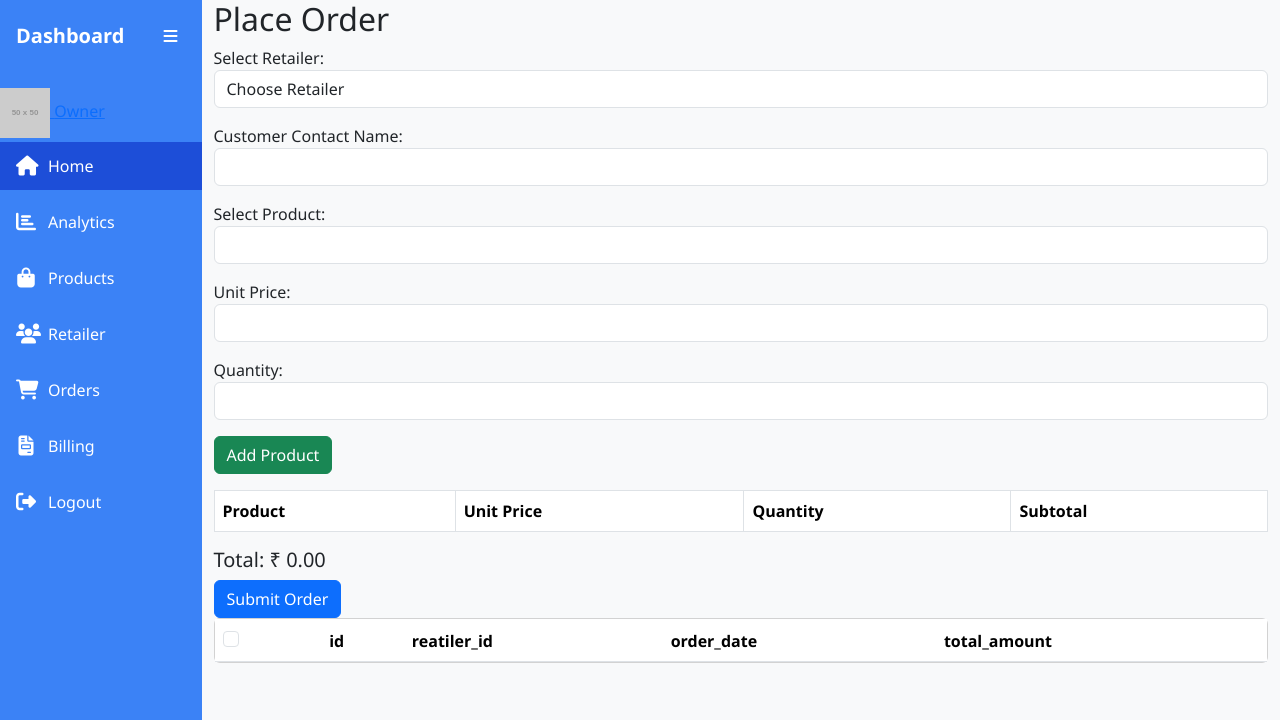
Repository: AditiAjitSalvi/Inventory_Managment
Page: http://localhost/Paper_inventory/Order.jsp
The author's editor kept a copy of each file at every save. The page is drawn from the files as they stood at one save, then again after the next save.
The browser window is 1280 px wide. The pictures show the whole page.
The page is served by Tomcat 9. Queries for data that is not in the repository find no rows.

Above is the page before, as saved 2025-06-02 18:53:54.
Console error: TypeError: Cannot read properties of null (reading 'getContext')

### Paper_inventory/Paper_inventory/src/main/webapp/Order.jsp
<%@ page language="java" contentType="text/html; charset=UTF-8"
	pageEncoding="UTF-8"%>
<%@page import="java.sql.PreparedStatement"%>
<%@page import="java.sql.DriverManager"%>
<%@page import="com.mysql.cj.jdbc.Driver"%>
<%@page import="java.sql.ResultSet"%>
<%@page import="java.sql.Statement"%>
<%@page import="java.sql.Connection"%>
<!DOCTYPE html>
<html lang="en">
<head>
<meta charset="UTF-8">
<meta name="viewport" content="width=device-width, initial-scale=1.0">
<title>Orders</title>
<!-- Bootstrap CSS -->
<link
	href="https://cdn.jsdelivr.net/npm/bootstrap@5.3.2/dist/css/bootstrap.min.css"
	rel="stylesheet">
<!-- Font Awesome for icons -->
<link rel="stylesheet"
	href="https://cdnjs.cloudflare.com/ajax/libs/font-awesome/6.4.2/css/all.min.css">
<!-- Custom CSS -->
<style>
/* Main Layout */
body {
	margin: 0;
	padding: 0;
	background-color: #f8f9fa;
	font-family: 'Segoe UI', Tahoma, Geneva, Verdana, sans-serif;
}

.dashboard-container {
	display: flex;
	min-height: 100vh;
}

/* Sidebar Styles */
.sidebar {
	width: 240px;
	background-color: #3b82f6; /* Blue 600 equivalent */
	color: white;
	transition: all 0.3s ease-in-out;
	display: flex;
	flex-direction: column;
}

.sidebar.collapsed {
	width: 64px;
}

.sidebar-header {
	display: flex;
	justify-content: space-between;
	align-items: center;
	padding: 16px;
}

.sidebar-title {
	font-size: 1.25rem;
	font-weight: bold;
	margin: 0;
}

.sidebar-toggle {
	background: transparent;
	border: none;
	color: white;
	cursor: pointer;
	padding: 8px;
}

.sidebar-toggle:hover {
	background-color: rgba(255, 255, 255, 0.1);
	border-radius: 4px;
}

.sidebar-menu {
	display: flex;
	flex-direction: column;
	padding-top: 16px;
}

.sidebar-link {
	display: flex;
	align-items: center;
	padding: 12px 16px;
	text-decoration: none;
	color: white;
	margin: 4px 0;
	transition: background-color 0.2s;
}

.sidebar-link:hover {
	background-color: #2563eb; /* Blue 700 equivalent */
	color: white;
}

.sidebar-link.active {
	background-color: #1d4ed8; /* Blue 800 equivalent */
	color: white;
}

.sidebar-link i {
	font-size: 1.25rem;
	width: 20px;
	text-align: center;
}

.sidebar-link .link-text {
	margin-left: 12px;
	white-space: nowrap;
}

.sidebar.collapsed .sidebar-title, .sidebar.collapsed .link-text {
	display: none;
}

/* Main Content */
.main-content {
	flex: 1;
	padding: 24px;
	overflow-y: auto;
}

/* Stat Cards */
.stat-card {
	border-radius: 8px;
	border: 1px solid rgba(0, 0, 0, 0.125);
	box-shadow: 0 1px 3px rgba(0, 0, 0, 0.1);
}

.stat-icon {
	font-size: 1.25rem;
	color: #6b7280; /* Text muted equivalent */
}

.stat-title {
	font-size: 0.875rem;
	color: #6b7280; /* Text muted equivalent */
	margin-bottom: 4px;
}

.stat-value {
	font-size: 1.5rem;
	font-weight: bold;
	margin: 0;
}

/* Chart Container */
.chart-container {
	height: 320px;
	width: 100%;
}

/* Product Visualization */
.product-visualization {
	height: 256px;
	background-color: #312e81; /* Indigo 950 equivalent */
	border-radius: 50%;
}

/* Status Badges */
.status {
	padding: 4px 8px;
	border-radius: 4px;
	font-size: 0.75rem;
	font-weight: 500;
	display: inline-block;
	text-align: center;
}

.status.pending {
	background-color: #fff8e6;
	color: #d97706; /* Amber 500 equivalent */
}

.status.urgent {
	background-color: #fef2f2;
	color: #ef4444; /* Red 500 equivalent */
}

.status.completed {
	background-color: #ecfdf5;
	color: #10b981; /* Green 500 equivalent */
}

/* Orders Page Styles */
.orders-container {
	max-width: 100%;
	margin: 0 auto;
}

.search-wrapper {
	width: 300px;
}

.order-table {
	font-size: 0.9rem;
}

.order-table th {
	font-weight: 600;
	color: #4b5563;
	border-bottom-width: 1px;
}

.order-table td {
	vertical-align: middle;
}

.order-table .form-check {
	margin: 2;
}

/* Responsive Adjustments */
@media ( max-width : 768px) {
	.sidebar {
		width: 64px;
	}
	.sidebar .sidebar-title, .sidebar .link-text {
		display: none;
	}
	.main-content {
		padding: 16px;
	}
	.orders-container .btn-group {
		display: flex;
		flex-direction: column;
	}
	.orders-container .btn-group .btn {
		margin-bottom: 8px;
		margin-right: 0 !important;
	}
	.search-wrapper {
		width: 100%;
		margin-bottom: 16px;
	}
}

.action-buttons {
	position: absolute;
	right: 20px;
	top: 150px;
	display: flex;
	gap: 10px;
}

@media ( max-width : 992px) {
	.orders-container .d-flex {
		flex-direction: column;
	}
	.orders-container .d-flex .btn {
		margin-bottom: 8px;
	}
}

.card:hover {
	transform: translateY(-5px);
	box-shadow: 0 10px 20px rgba(0, 0, 0, 0.1);
	transition: 0.3s ease;
}
</style>
</head>
<body>
	<div class="dashboard-container">
		<!-- Sidebar -->
		<div class="sidebar" id="sidebar">
			<div class="sidebar-header">
				<h2 class="sidebar-title">Dashboard</h2>
				<button class="btn sidebar-toggle" id="sidebarToggle">
					<i class="fa fa-bars"></i>
				</button>
			</div>
			<div class="sidebar-menu">
				<div class="profile">
					<a href="#" class="profile-link"> <img
						src="https://via.placeholder.com/50" alt="Owner"
						class="profile-image"> <span class="owner-name">Owner</span>
					</a>
				</div>
				<a href="Home.html" class="sidebar-link active"> <i
					class="fa fa-home"></i> <span class="link-text">Home</span>
				</a> <a href="#" class="sidebar-link"> <i class="fa fa-chart-bar"></i>
					<span class="link-text">Analytics</span>
				</a> <a href="Product.jsp" class="sidebar-link"> <i
					class="fa fa-shopping-bag"></i> <span class="link-text">Products</span>
				</a> <a href="Retailer.jsp" class="sidebar-link"> <i
					class="fa fa-users"></i> <span class="link-text">Retailer</span> <a
					href="Order.jsp" class="sidebar-link"> <i
						class="fa fa-shopping-cart"></i> <span class="link-text">Orders</span>
				</a>

				</a> <a href="#" class="sidebar-link"> <i class="fa fa-file-invoice"></i>
					<span class="link-text">Billing</span>
				</a> <a href="logout.jsp" class="sidebar-link"> <i
					class="fa fa-sign-out-alt"></i> <span class="link-text">Logout</span>
				</a>

			</div>
		</div>


		<div class="container">
			<h2>Place Order</h2>
			<form action="SaveOrder.jsp" method="post" id="orderForm">


				<!-- Retailer Dropdown -->
				<div class="form-group mb-3">
					<label for="retailer">Select Retailer:</label> <select
						class="form-control" id="retailer" name="retailerId" required
						onchange="setCustomerFromRetailer()">
						<option value="" disabled selected>Choose Retailer</option>
						<%
						try {
							Class.forName("com.mysql.jdbc.Driver");
							Connection con = DriverManager.getConnection("jdbc:mysql://localhost:3307/inventory", "root", "");
							Statement stmt = con.createStatement();
							ResultSet rs = stmt.executeQuery("SELECT id, name, contact_name FROM retailers");
							while (rs.next()) {
						%>
						<option value="<%=rs.getInt("id")%>"
							data-contact="<%=rs.getString("contact_name")%>">
							<%=rs.getString("name")%>
						</option>
						<%
						}
						con.close();
						} catch (Exception e) {
						out.println("Error loading retailers.");
						}
						%>
					</select>
				</div>

				<!-- Auto-filled Customer Contact Name -->
				<div class="form-group mb-3">
					<label for="customer">Customer Contact Name:</label> <input
						type="text" class="form-control" id="customer" name="customerName"
						readonly />
				</div>

				<!-- Product Dropdown -->
				<div class="form-group mb-3">
					<label for="product">Select Product:</label> <select
						class="form-control" id="product">
						<%
						try {
							Class.forName("com.mysql.jdbc.Driver");
							Connection con = DriverManager.getConnection("jdbc:mysql://localhost:3307/inventory", "root", "");
							Statement stmt = con.createStatement();
							ResultSet rs = stmt.executeQuery("SELECT product_id, product_name FROM products");
							while (rs.next()) {
						%>
						<option value="<%=rs.getInt("product_id")%>"><%=rs.getString("product_name")%></option>
						<%
						}
						con.close();
						} catch (Exception e) {
						out.println("Error loading products.");
						}
						%>
					</select>
				</div>

				<!-- Price and Quantity Inputs -->
				<div class="form-group mb-3">
					<label for="price">Unit Price:</label> <input type="number"
						class="form-control" id="price" step="0.01">
				</div>

				<div class="form-group mb-3">
					<label for="quantity">Quantity:</label> <input type="number"
						class="form-control" id="quantity">
				</div>

				<!-- Add Product -->
				<button type="button" class="btn btn-success mb-3"
					onclick="addProduct()">Add Product</button>

				<!-- Product Table -->
				<table class="table table-bordered" id="productTable">
					<thead>
						<tr>
							<th>Product</th>
							<th>Unit Price</th>
							<th>Quantity</th>
							<th>Subtotal</th>
						</tr>
					</thead>
					<tbody></tbody>
				</table>

				<!-- Total -->
				<div class="form-group">
					<h5>
						Total: ₹ <span id="total">0.00</span>
					</h5>
				</div>

				<!-- Submit -->
				<button type="submit" class="btn btn-primary">Submit Order</button>
			</form>
			<div class="card">
				<div class="card-body p-0">
					<div class="table-responsive">
						<table class="table customer-table mb-0">
							<thead>
								<tr>
									<th>
										<div class="form-check">
											<input class="form-check-input" type="checkbox"
												id="selectAll"> <label class="form-check-label"
												for="selectAll"></label>
										</div>
									</th>
									<th>id</th>
									<th>reatiler_id</th>
									<th>order_date</th>
									<th>total_amount</th>


								</tr>
							</thead>
							<tbody>
								<%
									Connection conn = null;
									Statement stmt = null;
									ResultSet rs = null;

									String driverNm = "com.mysql.cj.jdbc.Driver";
									String url = "jdbc:mysql://localhost:3307/inventory";

									try {
										Class.forName(driverNm);
										conn = DriverManager.getConnection(url, "root", "");
										stmt = conn.createStatement();
										rs = stmt.executeQuery(
											    "SELECT o.*, IFNULL(q.total_quantity, 0) AS total_quantity " +
											    "FROM orders o " +
											    "LEFT JOIN (" +
											    "  SELECT order_id, SUM(quantity) AS total_quantity " +
											    "  FROM order_items " +
											    "  GROUP BY order_id" +
											    ") q ON o.id = q.order_id"
											);


										while (rs.next()) {
									%>
								//  order_date status total_amount billing_id


								<tr>
									<td>
										<div class="form-check">
											<input class="form-check-input" type="checkbox">
										</div>
									</td>
									<td><%=rs.getString("id")%></td>
									<td><%=rs.getString("retailer_id")%></td>
									<td><%=rs.getString("order_date")%></td>
									<td><%=rs.getInt("total_amount") %></td>
									<td><%= rs.getInt("total_quantity") %></td>

								</tr>
								<%
									}
									} catch (Exception e) {
									out.println("Error: " + e.getMessage());
									} finally {
									try {
									if (rs != null)
										rs.close();
									} catch (Exception e) {
									}
									try {
									if (stmt != null)
										stmt.close();
									} catch (Exception e) {
									}
									try {
									if (conn != null)
										conn.close();
									} catch (Exception e) {
									}
									}
									%>

							</tbody>
						</table>
					</div>
				</div>
			</div>
		</div>


		<!-- Bootstrap JS -->
		<script
			src="https://cdn.jsdelivr.net/npm/bootstrap@5.3.2/dist/js/bootstrap.bundle.min.js"></script>

		<script>
// Wait for the DOM to be fully loaded
document.addEventListener('DOMContentLoaded', function() {
    // Sidebar toggle functionality
    const sidebarToggle = document.getElementById('sidebarToggle');
    const sidebar = document.getElementById('sidebar');

    sidebarToggle.addEventListener('click', function() {
        sidebar.classList.toggle('collapsed');
    });

    // Check if we're on mobile
    function checkMobile() {
        if (window.innerWidth < 768) {
            sidebar.classList.add('collapsed');
        } else {
            sidebar.classList.remove('collapsed');
        }
    }

    // Initial check
    checkMobile();

    // Listen for window resize
    window.addEventListener('resize', checkMobile);

    // Initialize Sales Chart
    const salesChartCtx = document.getElementById('salesChart').getContext('2d');
    const salesChart = new Chart(salesChartCtx, {
        type: 'bar',
        data: {
            labels: ['Jan', 'Feb', 'Mar', 'Apr'],
            datasets: [
                {
                    label: 'Previous',
                    data: [65, 75, 85, 90],
                    backgroundColor: '#FFD700', // Gold color
                },
                {
                    label: 'Current',
                    data: [80, 65, 70, 75],
                    backgroundColor: '#6366F1', // Indigo color
                }
            ]
        },
        options: {
            responsive: true,
            maintainAspectRatio: false,
            scales: {
                y: {
                    beginAtZero: true,
                    grid: {
                        drawBorder: false,
                        color: 'rgba(200, 200, 200, 0.2)',
                    }
                },
                x: {
                    grid: {
                        display: false
                    }
                }
            },
            plugins: {
                legend: {
                    position: 'top',
                }
            }
        }
    });
});

// Set customer input from selected retailer's contact
function setCustomerFromRetailer() {
    var retailerSelect = document.getElementById("retailer");
    var selectedOption = retailerSelect.options[retailerSelect.selectedIndex];
    var contactName = selectedOption.getAttribute("data-contact");
    document.getElementById("customer").value = contactName;
}

let totalAmount = 0;

function addProduct() {
    const productDropdown = document.getElementById("product");
    const selectedOption = productDropdown.options[productDropdown.selectedIndex];
    const productName = selectedOption.text;
    const productId = selectedOption.value;

    const priceInput = document.getElementById("price");
    const quantityInput = document.getElementById("quantity");

    const price = parseFloat(priceInput.value);
    const quantity = parseInt(quantityInput.value);

    if (!price || !quantity || price <= 0 || quantity <= 0) {
        alert("Please enter valid price and quantity");
        return;
    }

    const subtotal = price * quantity;
    totalAmount += subtotal;

    // Add row to table
    const tableBody = document.getElementById("productTable").getElementsByTagName("tbody")[0];
    const newRow = tableBody.insertRow();

    newRow.insertCell(0).innerText = productName;
    newRow.insertCell(1).innerText = price.toFixed(2);
    newRow.insertCell(2).innerText = quantity;
    newRow.insertCell(3).innerText = subtotal.toFixed(2);

    // Add a remove button
    const actionCell = newRow.insertCell(4);
    const removeBtn = document.createElement("button");
    removeBtn.type = "button";
    removeBtn.className = "btn btn-danger btn-sm";
    removeBtn.innerText = "Remove";

    // Append hidden inputs to form for submission
    const form = document.getElementById("orderForm");

    const hiddenProductId = document.createElement("input");
    hiddenProductId.type = "hidden";
    hiddenProductId.name = "productId[]";
    hiddenProductId.value = productId;
    form.appendChild(hiddenProductId);

    const hiddenUnitPrice = document.createElement("input");
    hiddenUnitPrice.type = "hidden";
    hiddenUnitPrice.name = "unitPrice[]";
    hiddenUnitPrice.value = price.toFixed(2);
    form.appendChild(hiddenUnitPrice);

    const hiddenQuantity = document.createElement("input");
    hiddenQuantity.type = "hidden";
    hiddenQuantity.name = "quantity[]";
    hiddenQuantity.value = quantity;
    form.appendChild(hiddenQuantity);

    const hiddenSubtotal = document.createElement("input");
    hiddenSubtotal.type = "hidden";
    hiddenSubtotal.name = "subtotal[]";
    hiddenSubtotal.value = subtotal.toFixed(2);
    form.appendChild(hiddenSubtotal);

    removeBtn.onclick = function () {
        totalAmount -= subtotal;
        document.getElementById("total").innerText = totalAmount.toFixed(2);
        newRow.remove();
        // Remove corresponding hidden inputs
        form.removeChild(hiddenProductId);
        form.removeChild(hiddenUnitPrice);
        form.removeChild(hiddenQuantity);
        form.removeChild(hiddenSubtotal);
    };

    actionCell.appendChild(removeBtn);

    // Update total amount display
    document.getElementById("total").innerText = totalAmount.toFixed(2);

    // Clear inputs
    priceInput.value = "";
    quantityInput.value = "";
}
</script>
</body>
</html>

After the next save:
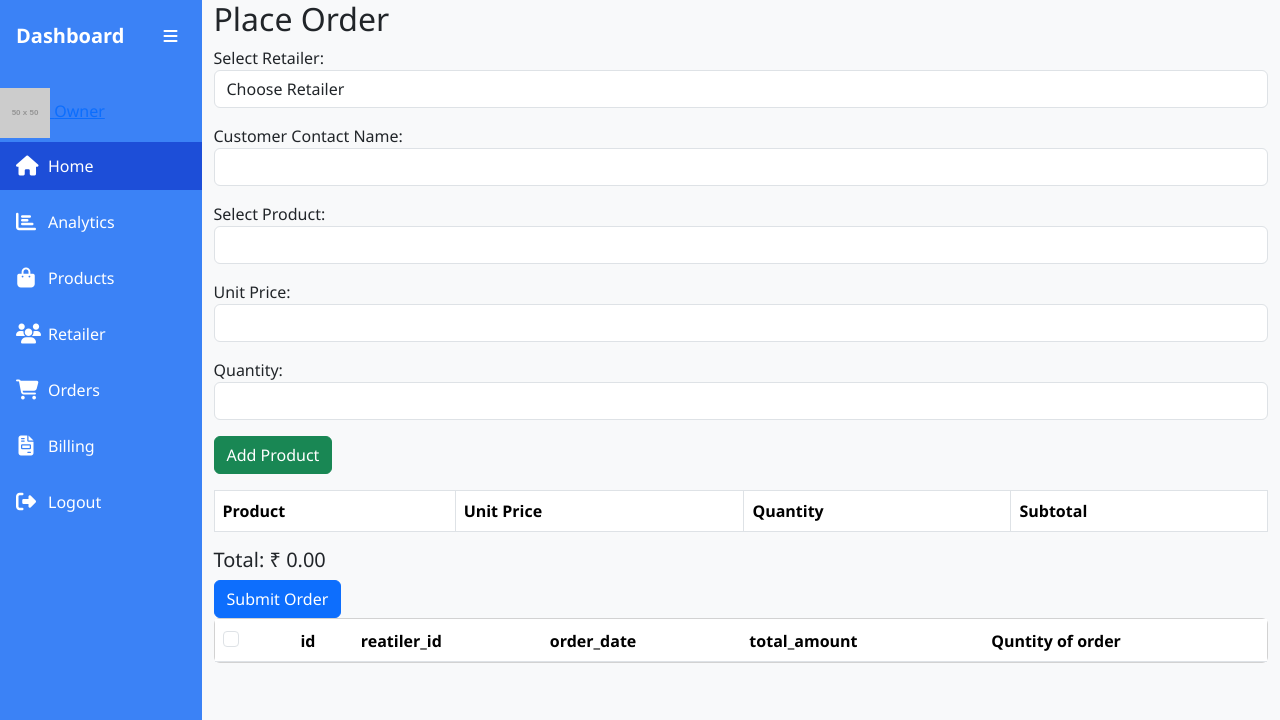
Saved 19 s later.
--- a/Paper_inventory/Paper_inventory/src/main/webapp/Order.jsp
+++ b/Paper_inventory/Paper_inventory/src/main/webapp/Order.jsp
@@ -418,7 +418,7 @@ body {
 									<th>reatiler_id</th>
 									<th>order_date</th>
 									<th>total_amount</th>
-
+									<th>Quntity of order</th>
 
 								</tr>
 							</thead>
